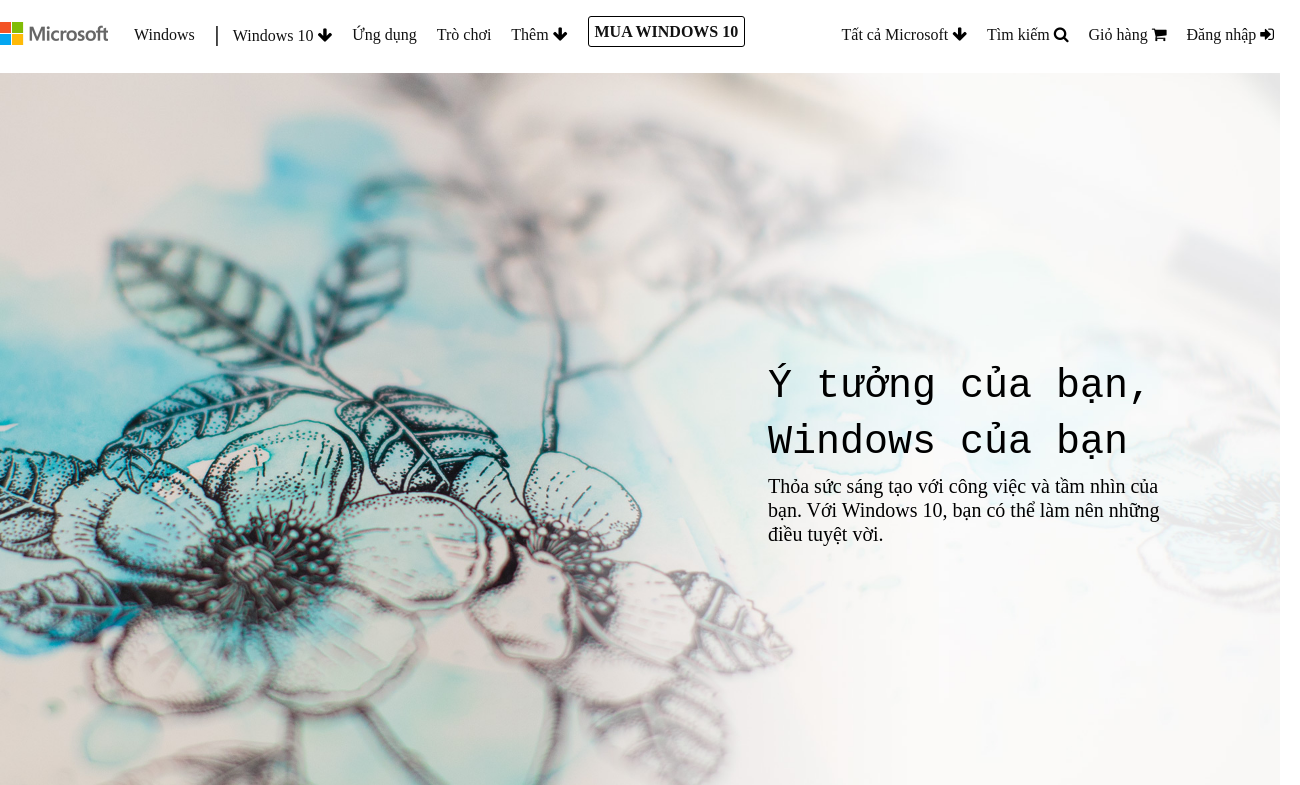
Repository: hoangphuong965/clone-Microsoft---practice
Page: index.html
The author's editor kept a copy of each file at every save. The page is drawn from the files as they stood at one save, then again after a run of saves.
The browser window is 1280 px wide. The page is 1300 px wide, so the pictures cover 1300 px, including what lies to the right of the window. The pictures show the whole page.

Above is the page before, as saved 2020-06-08 22:54:19.

### index.html
<!DOCTYPE html>
<html lang="en">

<head>
    <meta charset="UTF-8">
    <meta name="viewport" content="width=device-width, initial-scale=1.0">
    <link rel="stylesheet" href="https://maxcdn.bootstrapcdn.com/font-awesome/4.7.0/css/font-awesome.min.css">
    <link rel="stylesheet" href="style.css">
    <title>Khám phá HĐH Windows 10 | Microsoft</title>
</head>

<body>
    <!-- <div class="menu-btn">
        <i class="fa fa-bars" aria-hidden="true"></i>
    </div> -->
    <div class="container">
        <nav class="navigation">
            <div class="navigation-left">
                <ul>
                    <div class="logo">
                        <img src="img/logo.png" alt="">
                    </div>
                    <div class="navigation-left-item">
                        <li><a href="">Windows</a></li>
                        <li class="win10">
                            <a href="">Windows 10</a>
                            <i class="fa fa-arrow-down" aria-hidden="true"></i>
                        </li>
                        <li><a href="">Ứng dụng</a></li>
                        <li><a href="">Trò chơi</a></li>
                        <li>
                            <a href="">Thêm</a>
                            <i class="fa fa-arrow-down" aria-hidden="true"></i>
                        </li>
                        <li class="buy">
                            <a href="" id="buy-win">MUA WINDOWS 10</a>
                        </li>
                    </div>
                </ul>
            </div>
            <div class="navigation-right">
                <ul>
                    <div class="navigation-right-item">
                        <li>
                            <a href="">Tất cả Microsoft</a>
                            <i class="fa fa-arrow-down" aria-hidden="true"></i>
                        </li>
                        <li>
                            <a href="">Tìm kiếm</a>
                            <i class="fa fa-search" aria-hidden="true"></i>
                        </li>
                        <li>
                            <a href="">Giỏ hàng</a>
                            <i class="fa fa-shopping-cart" aria-hidden="true"></i>
                        </li>
                        <li>
                            <a href="">Đăng nhập</a>
                            <i class="fa fa-sign-in" aria-hidden="true"></i>
                        </li>
                    </div>
                </ul>
            </div>
        </nav>

        <!-- Showcase -->
        <header class="showcase">
            <div class="showcase-text">
                <h1>Ý tưởng của bạn, Windows của bạn</h1>
                <p>Thỏa sức sáng tạo với công việc và tầm nhìn của bạn. Với Windows 10, bạn có thể làm nên những điều tuyệt vời.</p>
            </div>
        </header>
    </>

</body>

</html>

### style.css
* {
  margin: 0;
  padding: 0;
  box-sizing: border-box;
}

.container {
  margin: auto;
}

a {
  text-decoration: none;
  color: #111111;
  padding-bottom: 2px;
}
a:hover {
  border-bottom: 2px solid black;
}
/* navigation */
.navigation {
  display: flex;
  justify-content: space-between;
  margin: auto;
  width: 1300px;
}
.logo img {
  margin-top: 1.4rem;
  max-width: none;
  width: 108px;
}
.navigation-right-item,
.navigation-left-item {
  display: flex;
  margin: 1rem;
}
.navigation-right-item li,
.navigation-left-item li {
  list-style: none;
  margin: 10px;
}
.navigation-right ul,
.navigation-left ul {
  display: flex;
}
.win10 {
  margin-top: 7px !important;
}
.win10::before {
  content: "|";
  margin-right: 10px;
  font-weight: bold;
  font-size: 20px;
}
.buy {
  border: 1px solid;
  border-radius: 3px;
  height: 31px;
  padding: 6px;
  margin-top: 0px !important;
  font-weight: 600;
}
#buy-win:hover {
  text-decoration: underline !important;
  border-bottom: none;
}

.showcase {
  position: relative;
  width: 100%;
  height: 712px;
  background: url(img/banner1.jpg) no-repeat center center/cover;
}
.showcase-text {
  position: absolute;
  width: 25rem;
  left: 60%;
  top: 35%;
}
.showcase-text h1 {
  font-size: 40px;
  line-height: 56px;
  padding: 37px 0 3px;
  font-weight: 200;
  font-family: 'Courier New', Courier, monospace;
}
.showcase-text p {
  font-size: 20px;
  line-height: 24px;
  font-family: 'Times New Roman', Times, serif;
}

After the next 2 saves:
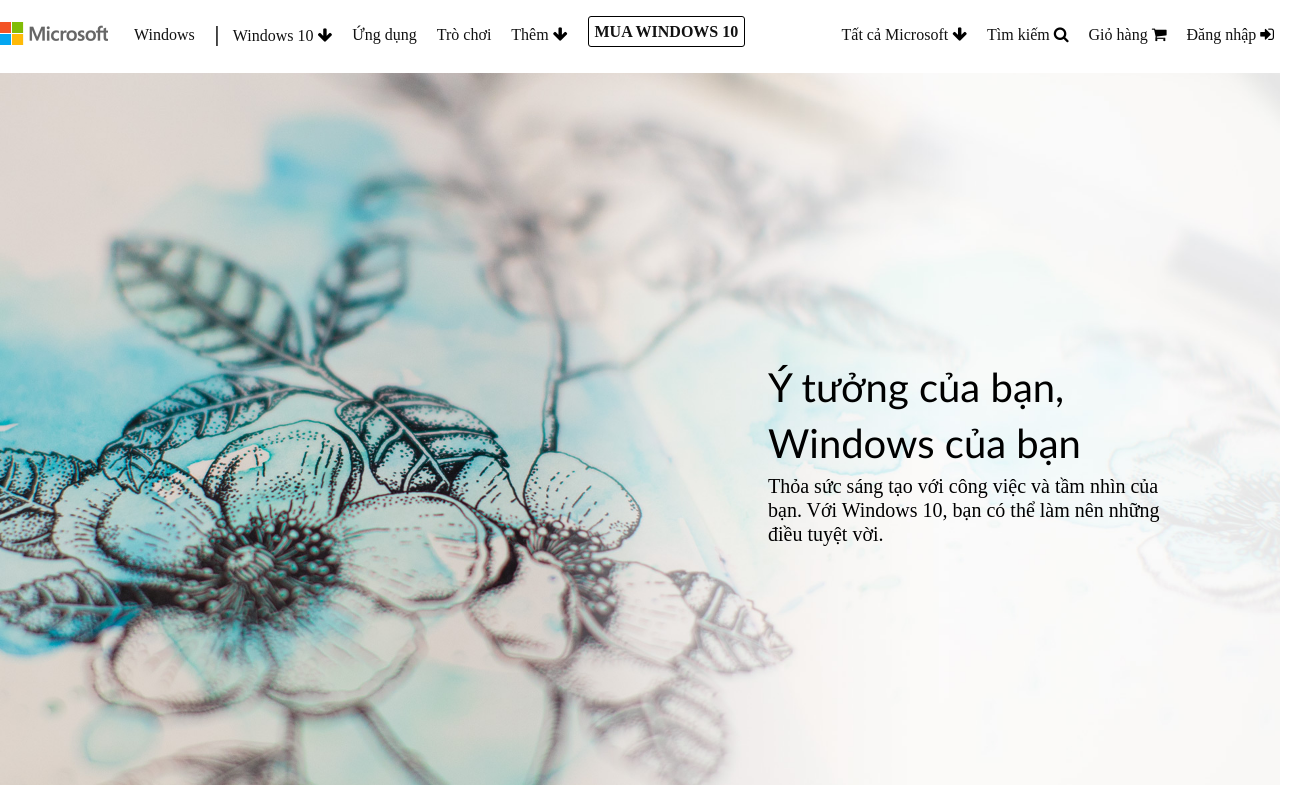
The 2 saves are shown as one change because they came seconds apart.
The last was saved 16 s later.
--- a/style.css
+++ b/style.css
@@ -81,7 +81,7 @@
   line-height: 56px;
   padding: 37px 0 3px;
   font-weight: 200;
-  font-family: 'Courier New', Courier, monospace;
+  font-family: 'Trebuchet MS', 'Lucida Sans Unicode', 'Lucida Grande', 'Lucida Sans', Arial, sans-serif;
 }
 .showcase-text p {
   font-size: 20px;
